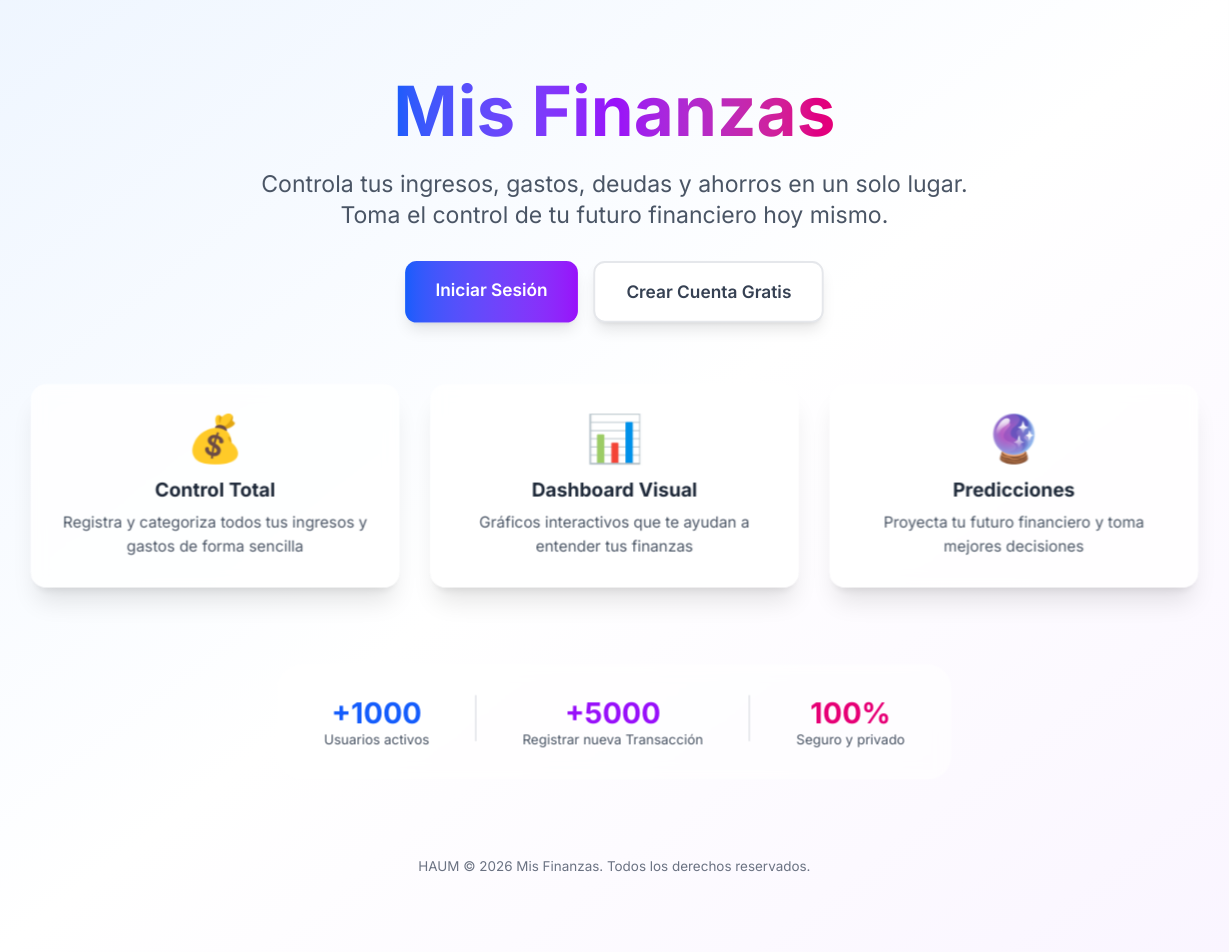
Repository: AlejandroUrrego01291/price-finanzas
Page: /
The author's editor kept a copy of each file at every save. The page is drawn from the files as they stood at one save, then again after the next save.
The browser window is 1280 px wide. The pictures show the whole page, at 96% of full size.
The project was rebuilt for these pictures with package versions that can differ from the ones it lists, and the page was loaded fresh each time. The framework's server and built-in components were replaced by stand-ins that run in the browser. Also part of the build but not shown: next.config.ts.

Above is the page before, as saved 2026-03-21 13:45:06.

### src/app/layout.tsx
import type { Metadata } from 'next'
import { Inter } from 'next/font/google'
import './globals.css'
import { Providers } from './providers'

const inter = Inter({ subsets: ['latin'] })

export const metadata: Metadata = {
  title: 'Mis Finanzas',
  description: 'Administra tus finanzas personales',
  icons: {
    icon: 'data:[embedded picture, 125 characters]',
  },
}

export default function RootLayout({
  children,
}: {
  children: React.ReactNode
}) {
  return (
    <html lang="es">
      <body className={inter.className}>
        <Providers>{children}</Providers>
      </body>
    </html>
  )
}

### src/app/page.tsx
import Link from 'next/link'

export default function Home() {
  return (
    <div className="min-h-screen bg-gradient-to-br from-blue-50 via-white to-purple-50">
      {/* Hero Section */}
      <div className="max-w-7xl mx-auto px-4 sm:px-6 lg:px-8 py-12 md:py-20">
        <div className="text-center">
          {/* Logo o título principal */}
          <h1 className="text-5xl md:text-7xl font-bold mb-6">
            <span className="bg-gradient-to-r from-blue-600 via-purple-600 to-pink-600 bg-clip-text text-transparent">
              Mis Finanzas
            </span>
          </h1>

          <p className="text-xl md:text-2xl text-gray-600 mb-8 max-w-3xl mx-auto">
            Controla tus ingresos, gastos, deudas y ahorros en un solo lugar.
            Toma el control de tu futuro financiero hoy mismo.
          </p>

          {/* Botones de acción principales */}
          <div className="flex flex-col sm:flex-row gap-4 justify-center mb-16">
            <Link
              href="/login"
              className="px-8 py-4 bg-gradient-to-r from-blue-600 to-purple-600 text-white rounded-xl hover:from-blue-700 hover:to-purple-700 transition-all transform hover:scale-105 shadow-lg text-lg font-semibold"
            >
              Iniciar Sesión
            </Link>
            <Link
              href="/register"
              className="px-8 py-4 bg-white text-gray-700 rounded-xl hover:bg-gray-50 transition-all transform hover:scale-105 shadow-lg border-2 border-gray-200 text-lg font-semibold"
            >
              Crear Cuenta Gratis
            </Link>
          </div>

          {/* Características */}
          <div className="grid md:grid-cols-3 gap-6 md:gap-8 mt-16">
            <div className="bg-white/80 backdrop-blur-sm p-6 md:p-8 rounded-2xl shadow-xl hover:shadow-2xl transition-all transform hover:scale-105">
              <div className="text-4xl md:text-5xl mb-4">💰</div>
              <h3 className="text-xl font-bold text-gray-800 mb-2">Control Total</h3>
              <p className="text-gray-600 text-sm md:text-base">
                Registra y categoriza todos tus ingresos y gastos de forma sencilla
              </p>
            </div>

            <div className="bg-white/80 backdrop-blur-sm p-6 md:p-8 rounded-2xl shadow-xl hover:shadow-2xl transition-all transform hover:scale-105">
              <div className="text-4xl md:text-5xl mb-4">📊</div>
              <h3 className="text-xl font-bold text-gray-800 mb-2">Dashboard Visual</h3>
              <p className="text-gray-600 text-sm md:text-base">
                Gráficos interactivos que te ayudan a entender tus finanzas
              </p>
            </div>

            <div className="bg-white/80 backdrop-blur-sm p-6 md:p-8 rounded-2xl shadow-xl hover:shadow-2xl transition-all transform hover:scale-105">
              <div className="text-4xl md:text-5xl mb-4">🔮</div>
              <h3 className="text-xl font-bold text-gray-800 mb-2">Predicciones</h3>
              <p className="text-gray-600 text-sm md:text-base">
                Proyecta tu futuro financiero y toma mejores decisiones
              </p>
            </div>
          </div>

          {/* Stats o información adicional */}
          <div className="mt-16 md:mt-20">
            <div className="inline-flex flex-wrap justify-center gap-4 md:gap-8 p-6 md:p-8 bg-white/50 backdrop-blur-sm rounded-3xl">
              <div className="text-center px-4">
                <div className="text-2xl md:text-3xl font-bold text-blue-600">+1000</div>
                <div className="text-xs md:text-sm text-gray-600">Usuarios activos</div>
              </div>
              <div className="w-px h-12 bg-gray-300 hidden md:block"></div>
              <div className="text-center px-4">
                <div className="text-2xl md:text-3xl font-bold text-purple-600">+5000</div>
                <div className="text-xs md:text-sm text-gray-600">Registrar nueva Transacción</div>
              </div>
              <div className="w-px h-12 bg-gray-300 hidden md:block"></div>
              <div className="text-center px-4">
                <div className="text-2xl md:text-3xl font-bold text-pink-600">100%</div>
                <div className="text-xs md:text-sm text-gray-600">Seguro y privado</div>
              </div>
            </div>
          </div>

          {/* Footer simple */}
          <div className="mt-16 md:mt-20 text-xs md:text-sm text-gray-500">
            HAUM © 2026 Mis Finanzas. Todos los derechos reservados.
          </div>
        </div>
      </div>
    </div>
  )
}

### src/app/globals.css
@import "tailwindcss";

@theme {
  /* Aquí puedes definir tus variables de tema si las necesitas */
}

/* Clases personalizadas usando @utility en lugar de @apply */
@utility text-title {
  color: #111827;
  /* text-gray-900 */
  font-weight: 700;
}

@utility text-subtitle {
  color: #1F2937;
  /* text-gray-800 */
  font-weight: 600;
}

@utility text-body {
  color: #374151;
  /* text-gray-700 */
}

@utility text-muted {
  color: #4B5563;
  /* text-gray-600 */
}

/* Estilos base */
:root {
  --foreground-rgb: 0, 0, 0;
  --background-rgb: 249, 250, 251;
}

body {
  color: #111827;
  background: rgb(var(--background-rgb));
}

### src/app/providers.tsx
'use client'

import { SessionProvider } from 'next-auth/react'

export function Providers({ children }: { children: React.ReactNode }) {
    return <SessionProvider>{children}</SessionProvider>
}

After the next save:
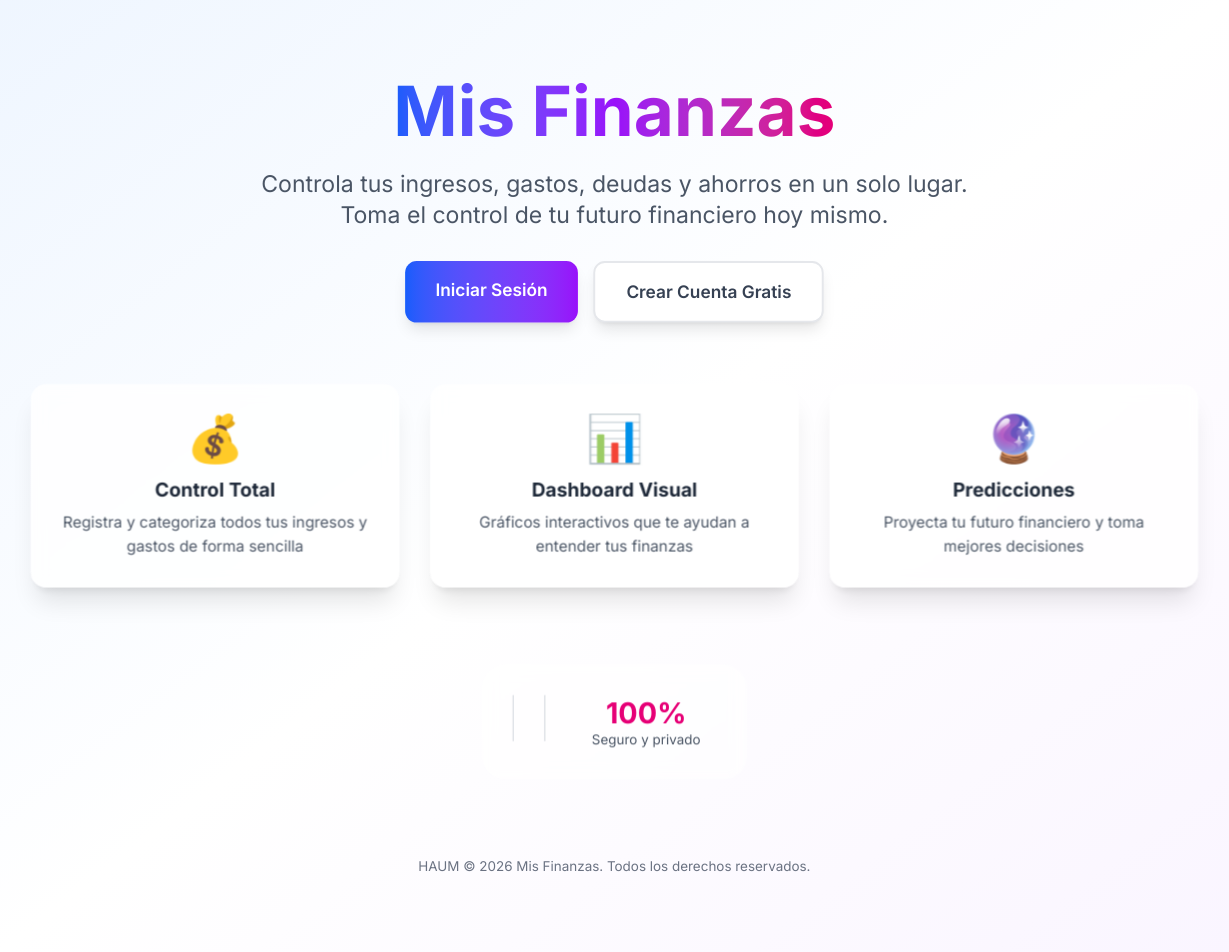
Saved 7 min 11 s later.
--- a/src/app/page.tsx
+++ b/src/app/page.tsx
@@ -64,15 +64,9 @@ export default function Home() {
           {/* Stats o información adicional */}
           <div className="mt-16 md:mt-20">
             <div className="inline-flex flex-wrap justify-center gap-4 md:gap-8 p-6 md:p-8 bg-white/50 backdrop-blur-sm rounded-3xl">
-              <div className="text-center px-4">
-                <div className="text-2xl md:text-3xl font-bold text-blue-600">+1000</div>
-                <div className="text-xs md:text-sm text-gray-600">Usuarios activos</div>
-              </div>
+
               <div className="w-px h-12 bg-gray-300 hidden md:block"></div>
-              <div className="text-center px-4">
-                <div className="text-2xl md:text-3xl font-bold text-purple-600">+5000</div>
-                <div className="text-xs md:text-sm text-gray-600">Registrar nueva Transacción</div>
-              </div>
+
               <div className="w-px h-12 bg-gray-300 hidden md:block"></div>
               <div className="text-center px-4">
                 <div className="text-2xl md:text-3xl font-bold text-pink-600">100%</div>
